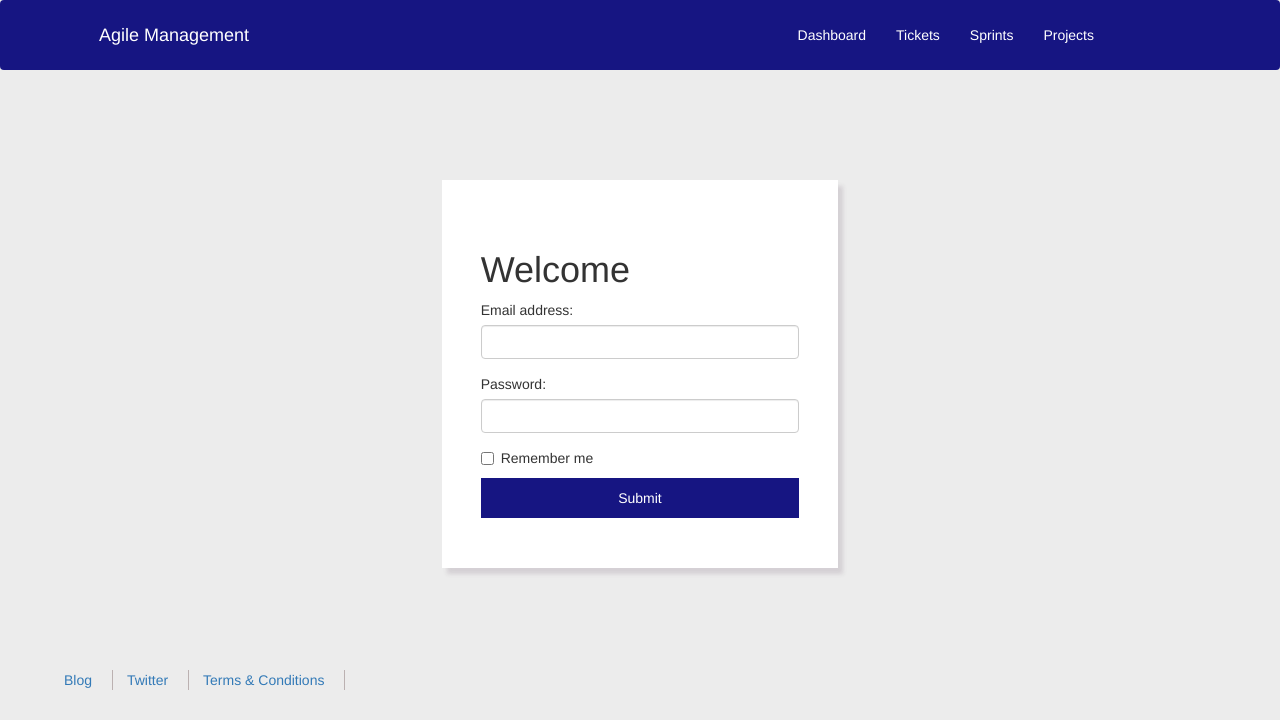
Repository: princexavier/agil
Page: http://localhost/Agile/
An editor plug-in stored every save of this project. The page is shown before and after the next save, followed by the edit.
The browser window is 1280 px wide. The pictures show the whole page.
Some web libraries are served in a nearby version. The page is served by Tomcat 9. Other server files are loaded and not shown.

Above is the page before, as saved 2018-01-19 04:35:50.

### workspace/Agile/WebContent/index.jsp
<%@ page language="java" contentType="text/html; charset=ISO-8859-1"
	pageEncoding="ISO-8859-1"%>
<!DOCTYPE html>
<html lang="en">

<head>
<meta charset="UTF-8">
<title>Login</title>
<link rel="stylesheet"
	href="https://maxcdn.bootstrapcdn.com/bootstrap/3.3.7/css/bootstrap.min.css">
<link rel="stylesheet" href="css/style.css">

<!-- jQuery library -->
<script
	src="https://ajax.googleapis.com/ajax/libs/jquery/3.2.1/jquery.min.js"></script>
<!-- Latest compiled JavaScript -->
<script
	src="https://maxcdn.bootstrapcdn.com/bootstrap/3.3.7/js/bootstrap.min.js"></script>
</head>

<body>
	<header style="position:fixed;top:0px;width:100%;">
		<nav class="navbar navbar-default">
			<div class="container-fluid">
				<div class="navbar-header">
					<a class="navbar-brand" href="#">Agile Management</a>
				</div>
				<ul class="nav navbar-nav">
					<li class="active"><a href="#">Dashboard</a></li>
					<li><a href="ticket.html">Tickets</a></li>
					<li><a href="ticket.html">Sprints</a></li>
					<li><a href="#">Projects</a></li>
				</ul>
			</div>
		</nav>
	</header>
	<div class="container"
		style="height: 100vh; width: 100%; background: #ececec;">
		<div class="row">
			<div class="col-md-4"></div>
			<div class="col-md-4">
				<form action="project.html"
					style="padding: 50px 39px; box-shadow: 5px 6px 4px #d4cfd4f7; background: #fff; margin-top: 180px;">
					<h1>Welcome</h1>
					<div class="form-group">
						<label for="email">Email address:</label> <input type="email"
							class="form-control" id="email">
					</div>
					<div class="form-group">
						<label for="pwd">Password:</label> <input type="password"
							class="form-control" id="pwd">
					</div>
					<div class="checkbox">
						<label> <input type="checkbox"> Remember me
						</label>
					</div>
					<input type="submit"
						style="padding: 10px 0px; border: none; width: 100%; background: #161582; color: #fff;">
				</form>
			</div>
			<div class="col-md-4"></div>
		</div>
	</div>
	<footer>
		<ul class="foot-content">
			<li><a href="#">Blog</a></li>
			<li><a href="#">Twitter</a></li>
			<li><a href="#">Terms & Conditions</a></li>
		</ul>
	</footer>
</body>

</html>

### workspace/Agile/WebContent/css/style.css
* {
    margin: 0px;
    padding: 0px;
    text-decoration: none;
    list-style-type: none;
}

a:hover {
    text-decoration: none;
}

.divider-1 {

    display: inline-block;
    width: calc(100% / 1);
    float: left;
}

.divider-2 {
    display: inline-block;
    width: calc(100% / 2);
    float: left;
}

.color {
    color: #161582;
    padding-right: 5px;
    cursor: pointer;
    transition: 0.2s ease-in-out;
}

.color:hover {
    color: #16158261;
}

.clearfix:after {
    content: "";
    display: block;
    clear: both;
}

.navbar-nav {
    float: right;
    margin-right: 100px;
}

.navbar-default {
    border: none;
    padding: 10px 56px 10px 84px;
    background: #161582;
    margin-bottom: 0px;
}

.navbar-brand,
.navbar-nav>li>a {

    color: #fff !important;
}

nav .active a {
    background-color: transparent !important;
}

.dashboard {
    padding: 20px 0px;
    background: #ececec;
}

.dash-title {
    padding-left: 111px;
}

.auth {
    background: #ececec;
    padding: 20px;
}

.left-content>span {
    display: block;
}

.lab-title {
    padding: 20px 0px;
}

.bg {
    margin-top: 20px;
    padding: 10px 0px;
    background: #a6e4a6;
}

.bg a >button {
    float: right;
    margin-right: 20px;
    border: none;
}

footer {
    position: fixed;
    bottom: 0px;
    width: 100%;
    padding: 20px 0px;
    background: #ececec;
}

.right-bor {
    border-right: 1px solid #ececec;
}

.foot-content:first-child {
    margin-left: 64px;
    margin-top: 10px;
}

.foot-content li {
    border-right: 1px solid #a79a9ab8;
    padding-right: 20px;
    display: inline-block;
    margin-right: 10px;
}

.bar {
    width: 90%;
    background: #ececec;
    border-left: 10px solid blue;
}

.bar>span {
    float: right;
}



/*Ticket page style */

.btn-style {
    border: none;
    color: #fff;
    outline: none;
    background: #161582;
    transition: 0.5s ease-in-out;
}
.first-btn{
	margin-left: 150px
}
.btn-style:hover{
	background: #161582a8;
}
.icon-style{
	padding-right: 10px;
}
.events{

}
.list-style{
	padding: 10px 0px;
}


/*New ticket page style*/

.cs-btn{
    padding: 11px 10px;
    margin-left: 150px;
    color: #ffff;
    background: #161582;
    transition: 0.5s ease-in-out;
}
.cs-btn:hover{
 background: #1615825c;
 color: #fff;
}
textarea {
    resize: none;
}
.nav-tabs{
    margin-bottom: 50px;
}
label{
    font-weight: 300;
}
.btn-primary{
    background-color: #161582;
}
#menu4 > p{
    padding: 20px 10px;
    background: #ececec;
    margin-bottom: 40px;
}
input[type="date"]{
    border-radius: 4px;
}

After the next save:
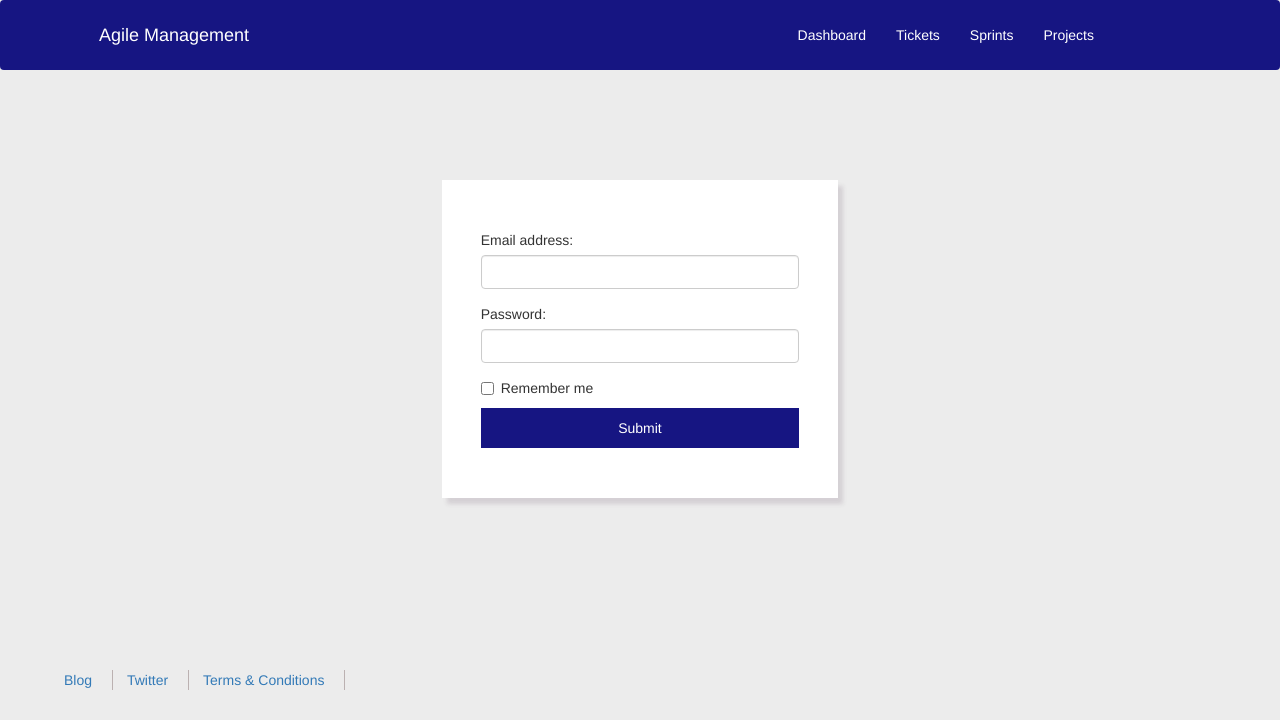
Saved 23 s later.
--- a/workspace/Agile/WebContent/index.jsp
+++ b/workspace/Agile/WebContent/index.jsp
@@ -41,7 +41,6 @@
 			<div class="col-md-4">
 				<form action="project.html"
 					style="padding: 50px 39px; box-shadow: 5px 6px 4px #d4cfd4f7; background: #fff; margin-top: 180px;">
-					<h1>Welcome</h1>
 					<div class="form-group">
 						<label for="email">Email address:</label> <input type="email"
 							class="form-control" id="email">
